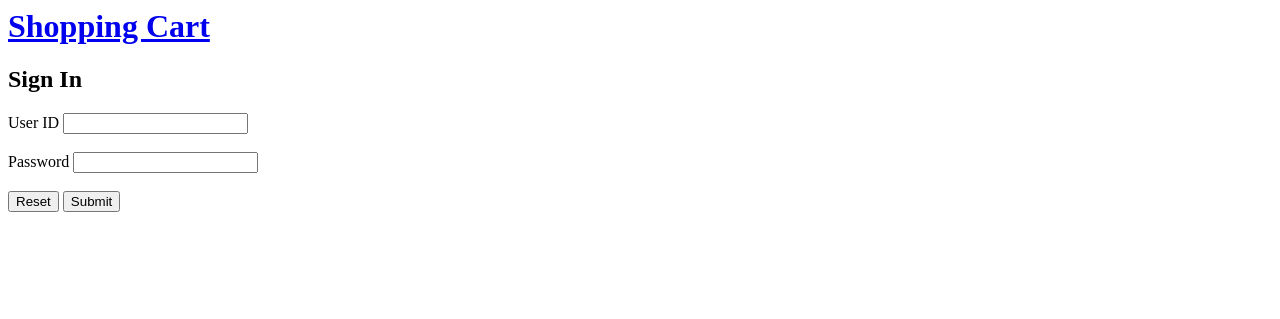
Repository: AravindMarshall/ShoppingCart
Page: http://localhost/Phineas/Login.jsp
An editor plug-in stored every save of this project. The page is shown before and after the next save, followed by the edit.
The browser window is 1280 px wide. The pictures show the whole page.
The page is served by Tomcat 9.

Above is the page before, as saved 2016-06-09 08:50:02.

After the next save:
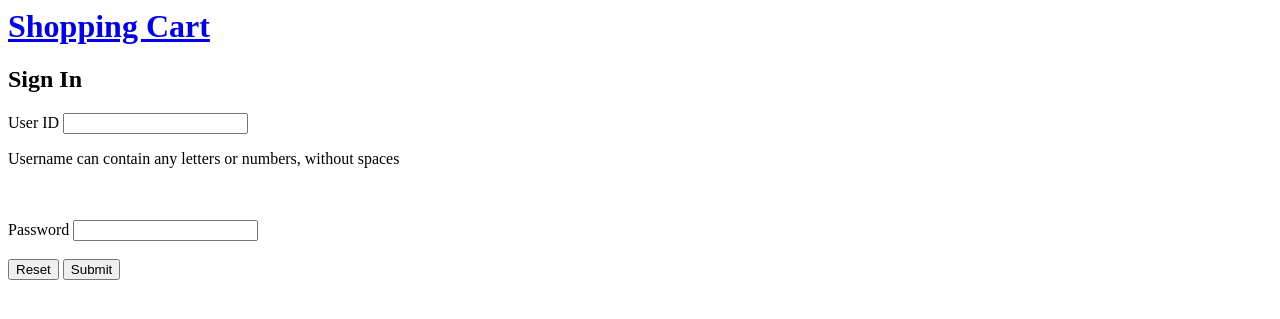
Saved 4 min 14 s later.
--- a/NIIT Shopping Cart/Phineas/WebContent/Login.jsp
+++ b/NIIT Shopping Cart/Phineas/WebContent/Login.jsp
@@ -20,7 +20,8 @@
 <div class="container">
   <h2>Sign In </h2>
   <label for "Name">User ID</label>
-<input type = "text" class="userId" Id = "Name"><br><br>
+<input type = "text" class="userId" Id = "Name">
+<p class="help-block">Username can contain any letters or numbers, without spaces</p><br><br>
 </div>
 <div class= "Login">
 <label for "Pass">Password</label>

After the save that followed:
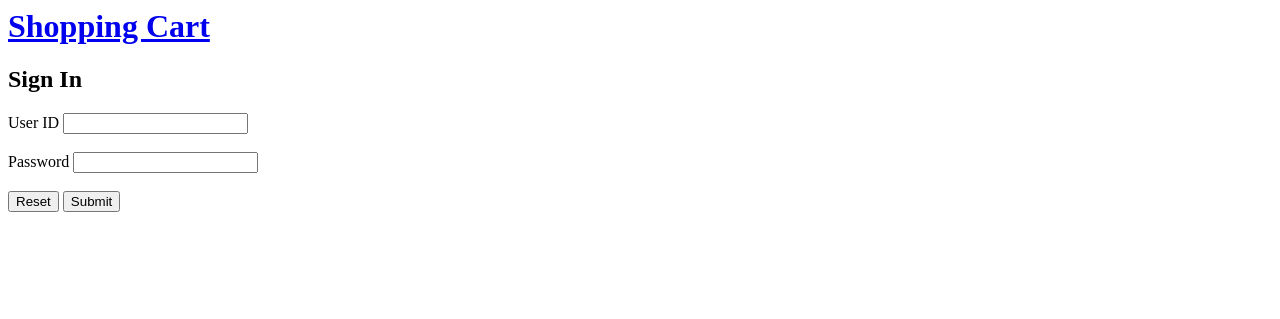
Saved 40 s later.
--- a/NIIT Shopping Cart/Phineas/WebContent/Login.jsp
+++ b/NIIT Shopping Cart/Phineas/WebContent/Login.jsp
@@ -20,8 +20,7 @@
 <div class="container">
   <h2>Sign In </h2>
   <label for "Name">User ID</label>
-<input type = "text" class="userId" Id = "Name">
-<p class="help-block">Username can contain any letters or numbers, without spaces</p><br><br>
+<input type = "text" class="userId" Id = "Name"><br><br>
 </div>
 <div class= "Login">
 <label for "Pass">Password</label>
